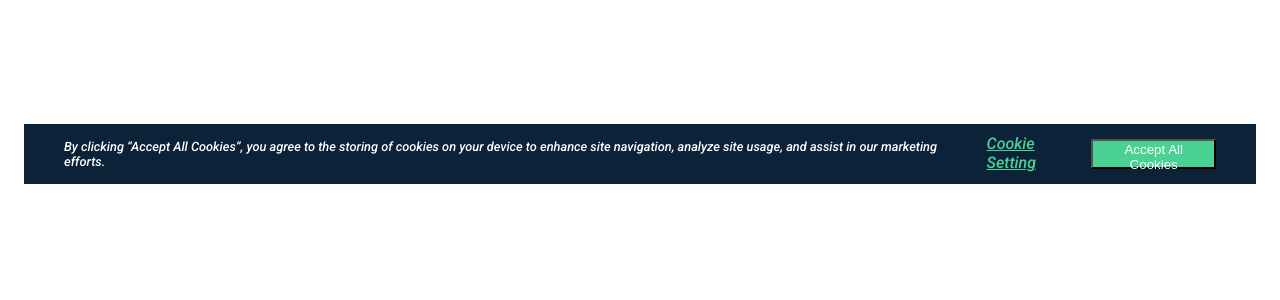
Repository: batonAnton/cursor_cookies_lectr3
Page: index.html
These files come from the project's save history. The page is drawn as it stood at one moment and after the next save; the edit follows.
The browser window is 1280 px wide. The pictures show the whole page.

Above is the page before, as saved 2022-06-01 11:08:04.

After the next save:
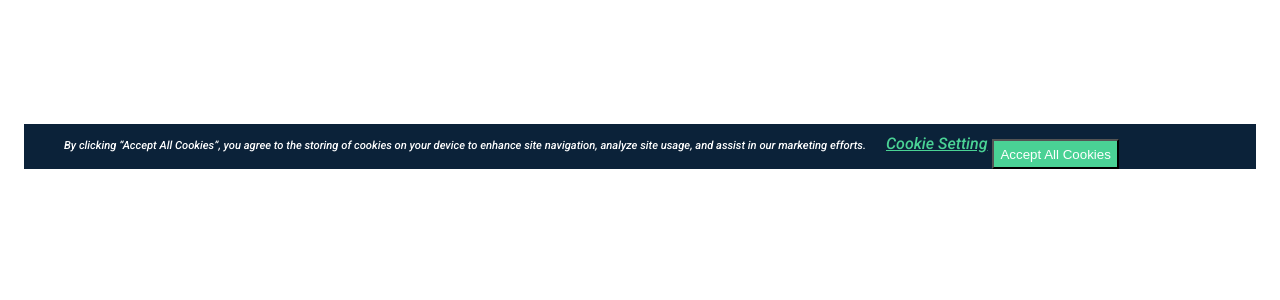
Saved 8 min 35 s later.
--- a/css/style.css
+++ b/css/style.css
@@ -3,7 +3,7 @@ body {
   font-family: "Roboto", sans-serif;
 }
 p {
-  font-size: 0.8rem;
+  font-size: 0.7rem;
 }
 
 .banner_1 {
